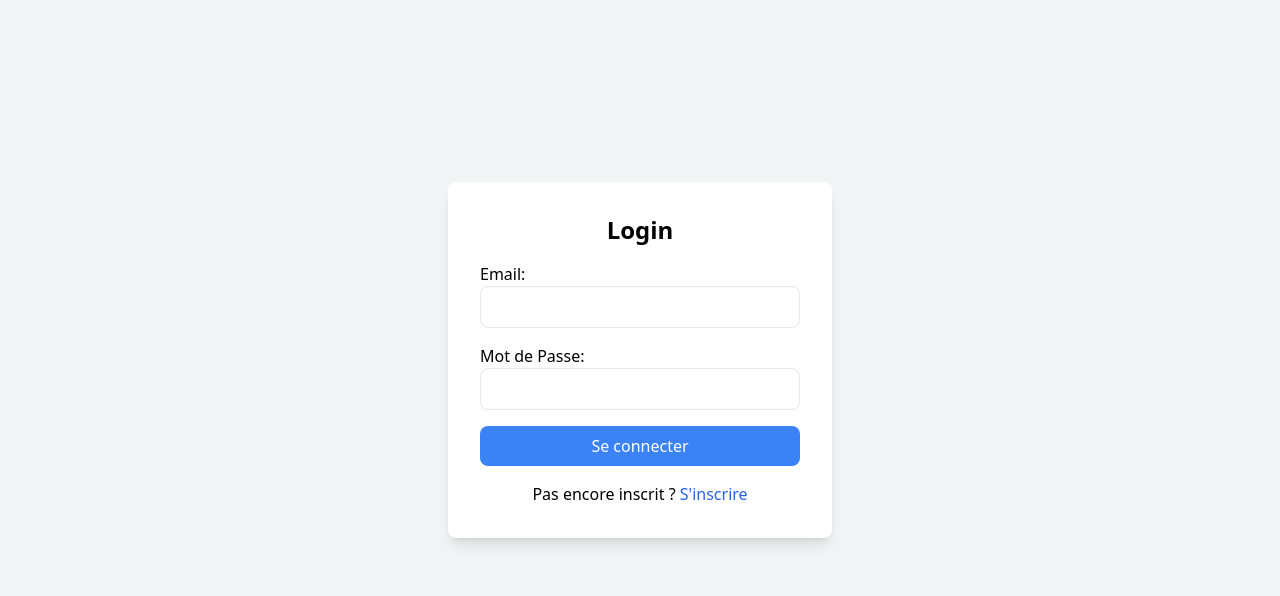
Repository: hajar-tech/hospital-login
Page: http://localhost/Hospital/login.jsp
These files come from the project's save history. The page is drawn as it stood at one moment and after a run of saves; the edit follows.
The browser window is 1280 px wide. The pictures show the whole page.
Some web libraries are served in a nearby version. The page is served by Tomcat 9. Other server files are loaded and not shown.

Above is the page before, as saved 2025-03-02 00:40:07.

### Hospital/src/main/webapp/login.jsp
<%@ page language="java" contentType="text/html; charset=UTF-8" pageEncoding="UTF-8"%>
<!DOCTYPE html>
<html lang="en">
<head>
    <meta charset="UTF-8">
    <meta name="viewport" content="width=device-width, initial-scale=1.0">
    <title>Login</title>
    <script src="https://cdn.tailwindcss.com"></script>
</head>
<body class="bg-gray-100 flex items-center justify-center h-screen">

    <div class="bg-white p-8 rounded-lg shadow-lg w-96">
        <h2 class="text-2xl font-bold text-center mb-4">Login</h2>

        <%
    String error = request.getParameter("error");
    if (error != null) {
%>
    <p style="color: red;">Email ou mot de passe incorrect.</p>
<% } %>

        <form action="login" method="post" class="space-y-4">
            <div>
                <label class="block">Email:</label>
                <input type="email" name="email" class="w-full p-2 border rounded-lg focus:outline-none focus:ring-2 focus:ring-blue-500" required>
            </div>

            <div>
                <label class="block">Mot de Passe:</label>
                <input type="password" name="password" class="w-full p-2 border rounded-lg focus:outline-none focus:ring-2 focus:ring-blue-500" required>
            </div>

            <button type="submit" class="w-full bg-blue-500 text-white p-2 rounded-lg hover:bg-blue-700 focus:outline-none focus:ring-2 focus:ring-blue-500">
                Se connecter
            </button>

            <p class="text-center mt-4">
                Pas encore inscrit ? <a href="registration.jsp" class="text-blue-600 hover:underline">S'inscrire</a>
            </p>
        </form>
    </div>

</body>
</html>

After the next 2 saves:
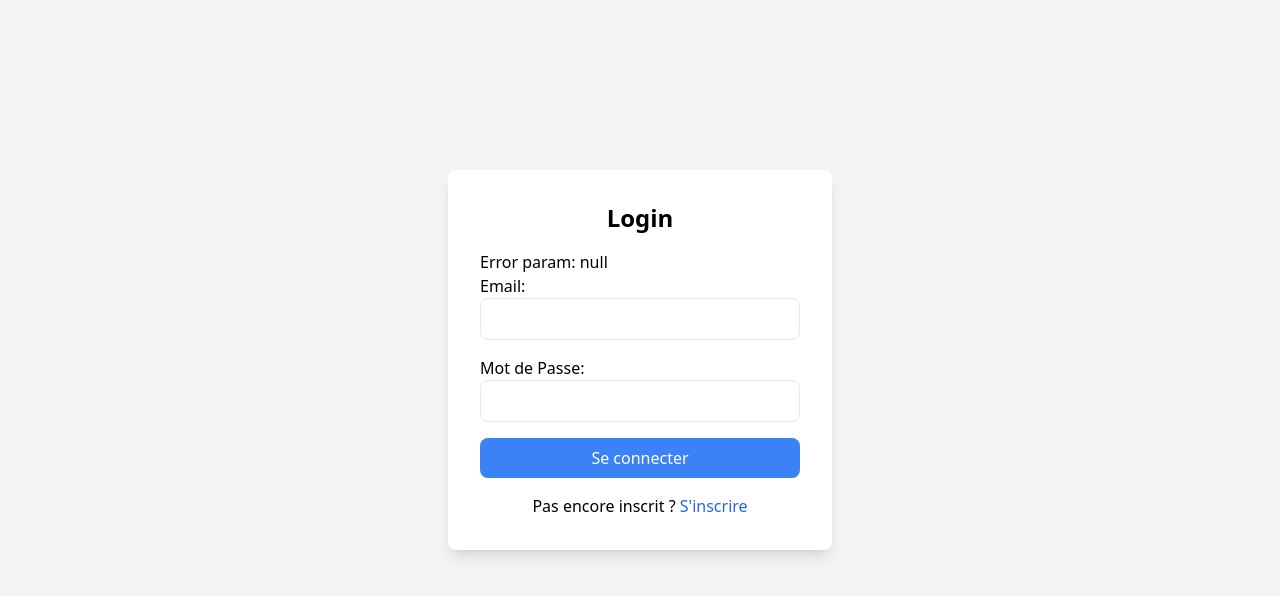
The 2 saves are shown as one change because they came seconds apart.
The last was saved 2 min 59 s later.
--- a/Hospital/src/main/webapp/login.jsp
+++ b/Hospital/src/main/webapp/login.jsp
@@ -14,6 +14,7 @@
 
         <%
     String error = request.getParameter("error");
+        out.println("Error param: " + error);
     if (error != null) {
 %>
     <p style="color: red;">Email ou mot de passe incorrect.</p>
